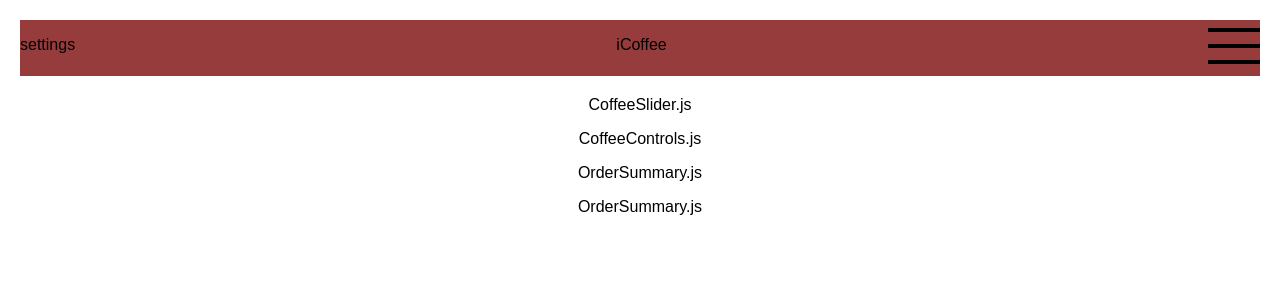
Repository: BG-Guy/CoffeeBuilder
Page: /
An editor plug-in stored every save of this project. The page is shown before and after the next save, followed by the edit.
The browser window is 1280 px wide. The pictures show the whole page.
The project was rebuilt for these pictures with package versions that can differ from the ones it lists, and the page was loaded fresh each time.

Above is the page before, as saved 2020-08-15 12:10:48.

After the next save:
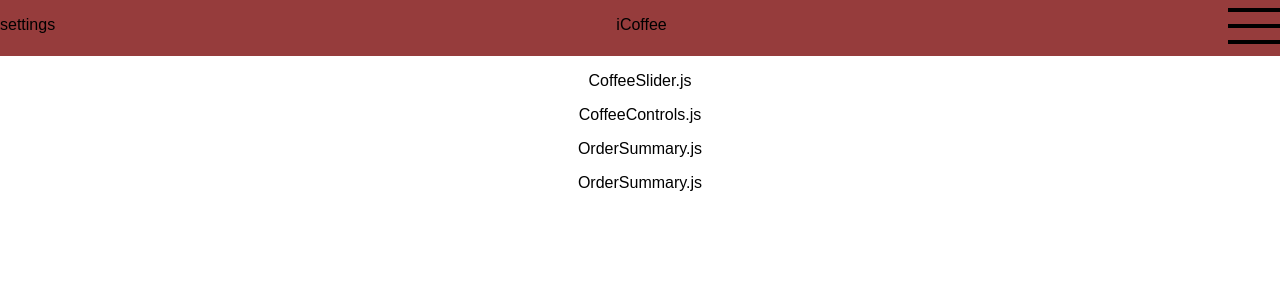
Saved 32 s later.
--- a/src/Components/Navigation/Navigation.css
+++ b/src/Components/Navigation/Navigation.css
@@ -1,6 +1,6 @@
 .Navigation {
     display: flex;
     justify-content: space-between;
-    margin: 20px;
+    margin: 0px;
     background-color: #963c3c;
 }
